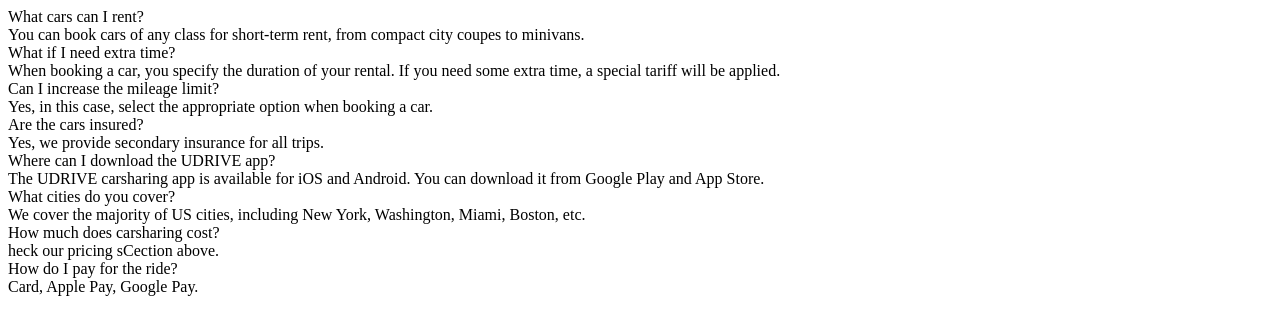
Repository: sanyathecreator/udrive-carsharing
Page: index.faq.partial.html
The author's editor kept a copy of each file at every save. The page is drawn from the files as they stood at one save, then again after the next save.
The browser window is 1280 px wide. The pictures show the whole page.

Above is the page before, as saved 2025-09-11 01:37:43.

### index.faq.partial.html
<section class="faq">
  <div class="faq__grid">
    <div class="faq__item">
      <div class="faq__q">What cars can I rent?</div>
      <div class="faq__a">You can book cars of any class for short-term rent, from compact city coupes to minivans.</div>
    </div>

    <div class="faq__item">
      <div class="faq__q">What if I need extra time?</div>
      <div class="faq__a">When booking a car, you specify the duration of your rental. If you need some extra time, a special tariff will be applied.</div>
    </div>

    <div class="faq__item">
      <div class="faq__q">Can I increase the mileage limit?</div>
      <div class="faq__a">Yes, in this case, select the appropriate option when booking a car.</div>
    </div>

    <div class="faq__item">
      <div class="faq__q">Are the cars insured?</div>
      <div class="faq__a">Yes, we provide secondary insurance for all trips.</div>
    </div>

    <div class="faq__item">
      <div class="faq__q">Where can I download the UDRIVE app?</div>
      <div class="faq__a">The UDRIVE carsharing app is available for iOS and Android. You can download it from Google Play and App Store.</div>
    </div>

    <div class="faq__item">
      <div class="faq__q">What cities do you cover?</div>
      <div class="faq__a">We cover the majority of US cities, including New York, Washington, Miami, Boston, etc.</div>
    </div>

    <div class="faq__item">
      <div class="faq__q">How much does carsharing cost?</div>
      <div class="faq__a">heck our pricing sCection above.</div>
    </div>

    <div class="faq__item">
      <div class="faq__q">How do I pay for the ride?</div>
      <div class="faq__a">Card, Apple Pay, Google Pay.</div>
    </div>
  </div>
</section>

After the next save:
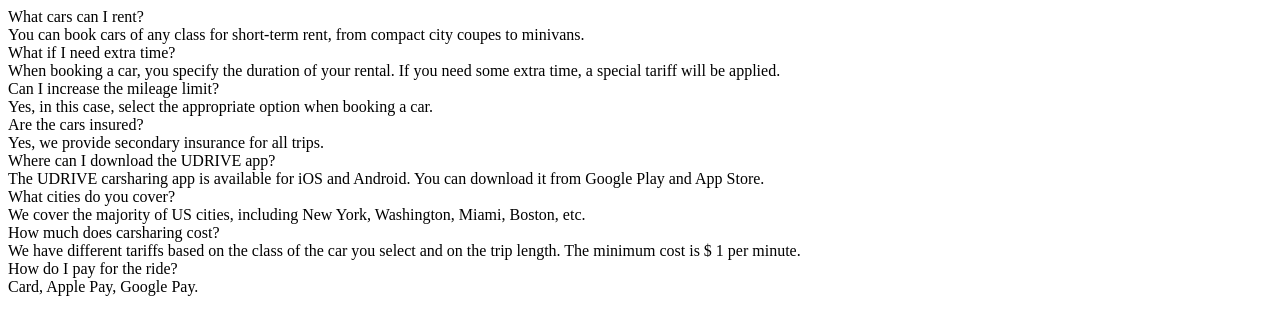
Saved 4 s later.
--- a/index.faq.partial.html
+++ b/index.faq.partial.html
@@ -32,7 +32,7 @@
 
     <div class="faq__item">
       <div class="faq__q">How much does carsharing cost?</div>
-      <div class="faq__a">heck our pricing sCection above.</div>
+      <div class="faq__a">We have different tariffs based on the class of the car you select and on the trip length. The minimum cost is $ 1 per minute.</div>
     </div>
 
     <div class="faq__item">
